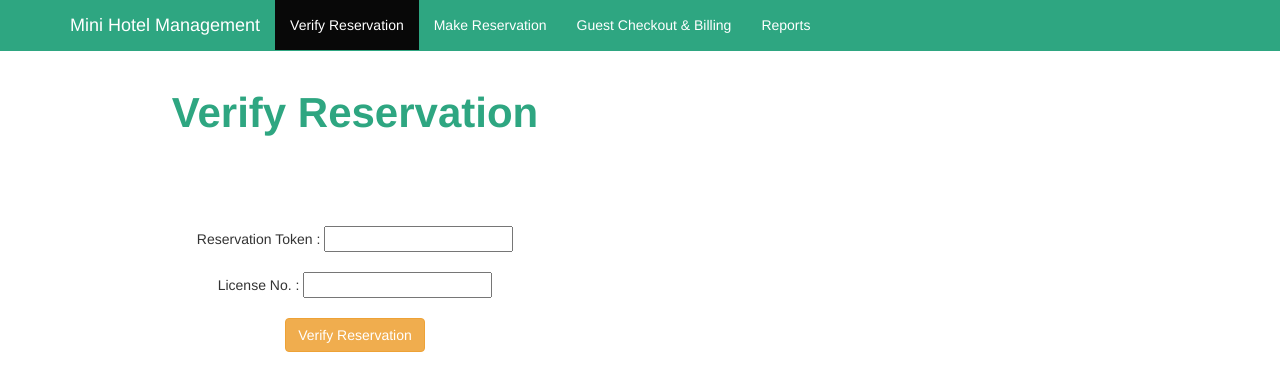
Repository: arjunshukla/CMPE-275_Team-07_Term-Project_Mini-Hotel-Manager
Page: NodeJS_webapp/client/verifyReservation.html
The author's editor kept a record of every edit. The page is drawn from the files as they stood at one moment, then again after the next edit.
The browser window is 1280 px wide. The pictures show the whole page.
Some web libraries are served in a nearby version.

Above is the page before.

After the next edit:
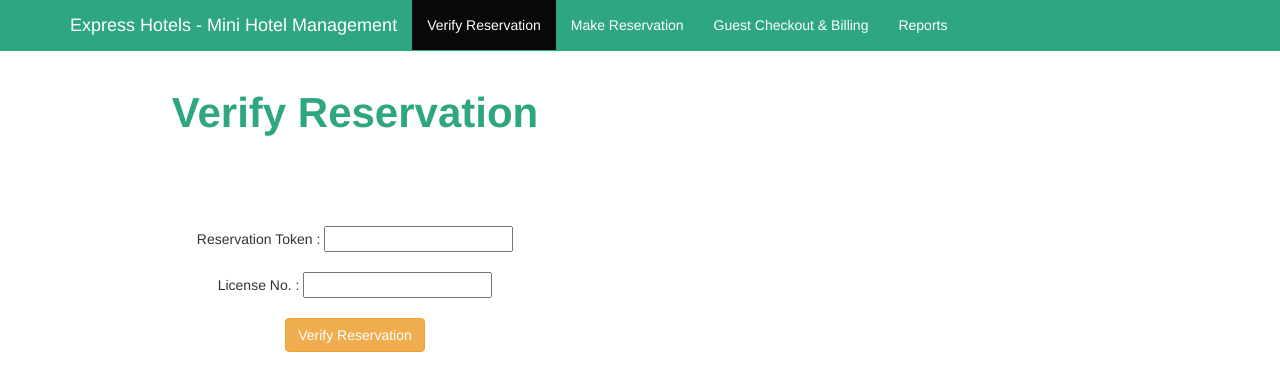
The edit:
--- a/NodeJS_webapp/client/verifyReservation.html
+++ b/NodeJS_webapp/client/verifyReservation.html
@@ -43,7 +43,7 @@
           <span class="icon-bar"></span>
           <span class="icon-bar"></span>
         </button>
-        <a class="navbar-brand" href="#">Mini Hotel Management</a>
+        <a class="navbar-brand" href="#">Express Hotels - Mini Hotel Management</a>
       </div>
       <div id="navbar" class="collapse navbar-collapse">
         <ul class="nav navbar-nav">
